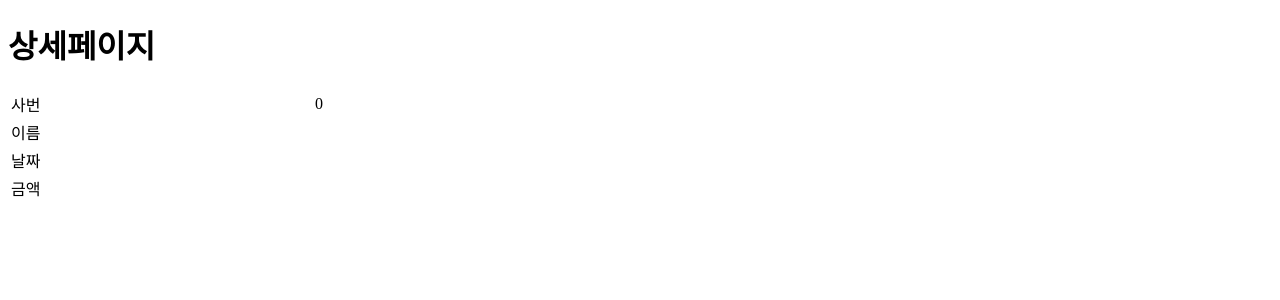
Repository: kwakjaeyeon/webWorkspace
Page: http://localhost/web08/emp/detail.jsp
These files come from the project's save history. The page is drawn as it stood at one moment and after a run of saves; the edit follows.
The browser window is 1280 px wide. The pictures show the whole page.
The page is served by Tomcat 9. Queries for data that is not in the repository find no rows.

Above is the page before, as saved 2020-07-08 02:53:34.

### web08/WebContent/emp/detail.jsp
<%@ page language="java" contentType="text/html; charset=EUC-KR"
    pageEncoding="EUC-KR" import="java.sql.*"%>
<!DOCTYPE html PUBLIC "-//W3C//DTD HTML 4.01 Transitional//EN" "http://www.w3.org/TR/html4/loose.dtd">
<html>
<head>
<meta http-equiv="Content-Type" content="text/html; charset=EUC-KR">
<title>Insert title here</title>
</head>
<jsp:useBean id="bean" class="com.bit.EmpDto"></jsp:useBean>
<jsp:setProperty property="sabun" name="bean"/>
<%
Connection conn = null;
Statement stmt = null;
ResultSet rs = null;
try{
	conn = com.bit.MyOracle.getConnection();
	stmt = conn.createStatement();
	rs = stmt.executeQuery("select * from emp02 where sabun=" + bean.getSabun());
	if(rs.next()) {
		bean.setName(rs.getString("name"));
		bean.setNalja(rs.getDate("nalja"));
		bean.setPay(rs.getInt("pay"));
	}
} finally {
	if(rs != null) rs.close();
	if(stmt != null) stmt.close();
	if(conn != null) conn.close();
}
%>


<body>
	<h1>상세페이지</h1>
	<table width="800">
		<tr>
			<td width="300">사번</td>
			<td><jsp:getProperty property="sabun" name="bean"/></td>
		</tr>
		<tr>
			<td>이름</td>
			<td></td>
		</tr>
		<tr>
			<td>날짜</td>
			<td></td>
		</tr>
		<tr>
			<td>금액</td>
			<td></td>
		</tr>


	</table>


</body>
</html>

### web08/src/com/bit/EmpDto.java
package com.bit;

import java.sql.Date;

public class EmpDto {
	private int sabun;
	private String name;
	private Date nalja;
	private int pay;

	public int getSabun() {
		return sabun;
	}
	public void setSabun(int sabun) {
		this.sabun = sabun;
	}
	public String getName() {
		return name;
	}
	public void setName(String name) {
		this.name = name;
	}
	public Date getNalja() {
		return nalja;
	}
	public void setNalja(Date nalja) {
		this.nalja = nalja;
	}
	public int getPay() {
		return pay;
	}
	public void setPay(int pay) {
		this.pay = pay;
	}
}

### web08/src/com/bit/MyOracle.java
package com.bit;

import java.sql.*;

public class MyOracle {
	private static Connection conn;
	private static String driver="oracle.jdbc.driver.OracleDriver";
	private static String url="jdbc:oracle:thin:@localhost:1521:xe";
	private static String user="scott";
	private static String password="tiger";

	private MyOracle() {}

	public static Connection getConnection() throws SQLException {
		if(conn==null || conn.isClosed()) {
			try {
				Class.forName(driver);
			} catch (ClassNotFoundException e) {
				e.printStackTrace();
			}
			conn=DriverManager.getConnection(url, user, password);
		}
		return conn;
	}
}

After the next 2 saves:
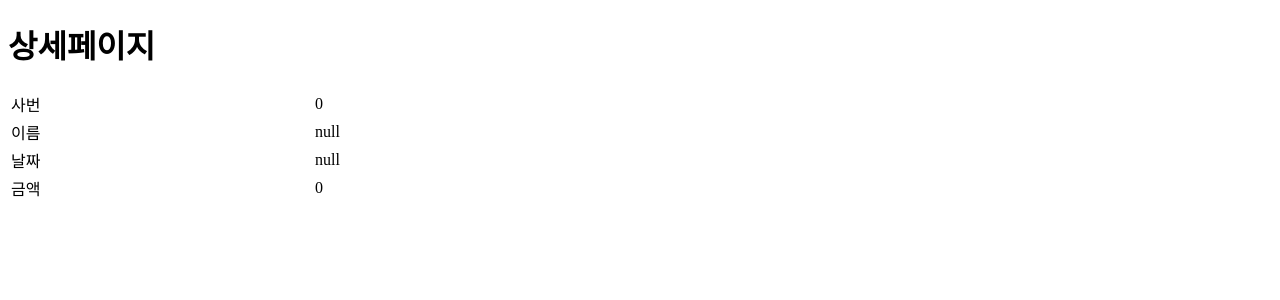
The 2 saves are shown as one change because they came seconds apart.
The last was saved 77 s later.
--- a/web08/WebContent/emp/detail.jsp
+++ b/web08/WebContent/emp/detail.jsp
@@ -38,16 +38,18 @@ try{
 		</tr>
 		<tr>
 			<td>이름</td>
-			<td></td>
+			<td><jsp:getProperty property="name" name="bean"/></td>
 		</tr>
 		<tr>
 			<td>날짜</td>
-			<td></td>
+			<td><jsp:getProperty property="nalja" name="bean"/></td>
 		</tr>
 		<tr>
 			<td>금액</td>
-			<td></td>
+			<td><jsp:getProperty property="pay" name="bean"/></td>
 		</tr>
+		<tr>
+			<td colspan="2">
 
 
 	</table>
